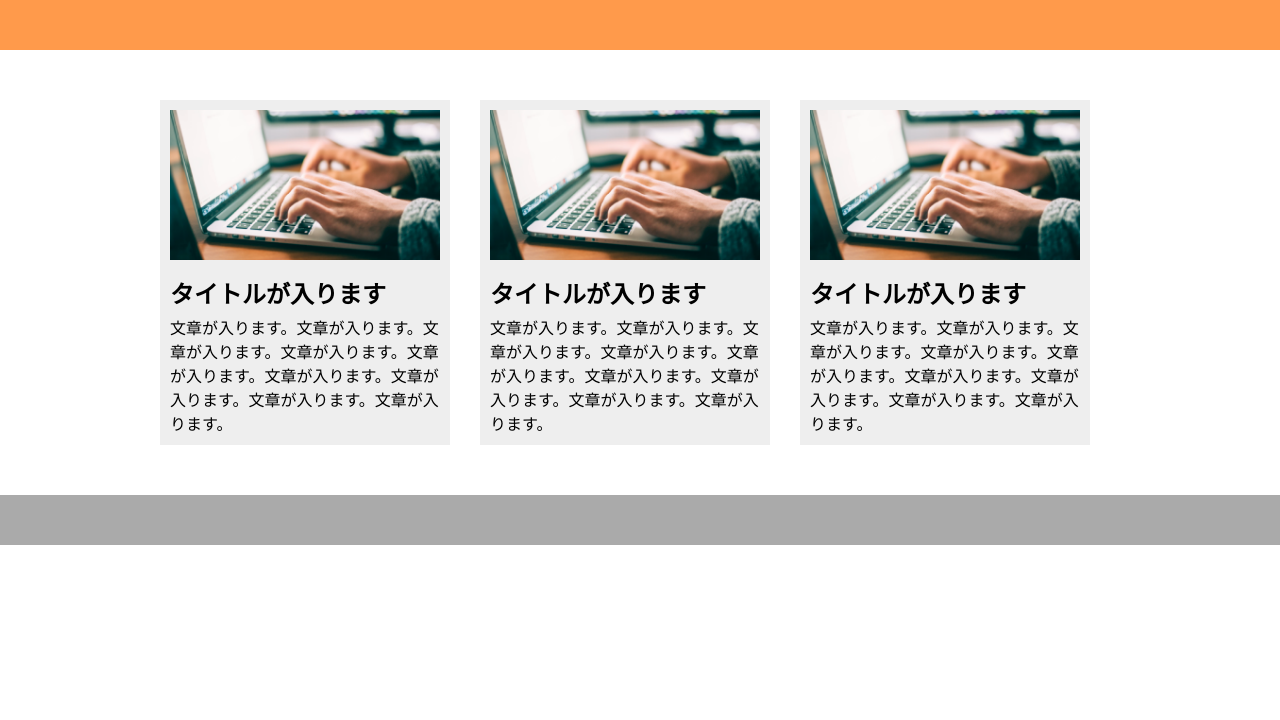
Repository: Takahiro620/dmmwebcamp
Page: enshu9/enshu9.html
The author's editor kept a record of every edit. The page is drawn from the files as they stood at one moment, then again after the next edit.
The browser window is 1280 px wide. The pictures show the whole page.

Above is the page before.

After the next edit:
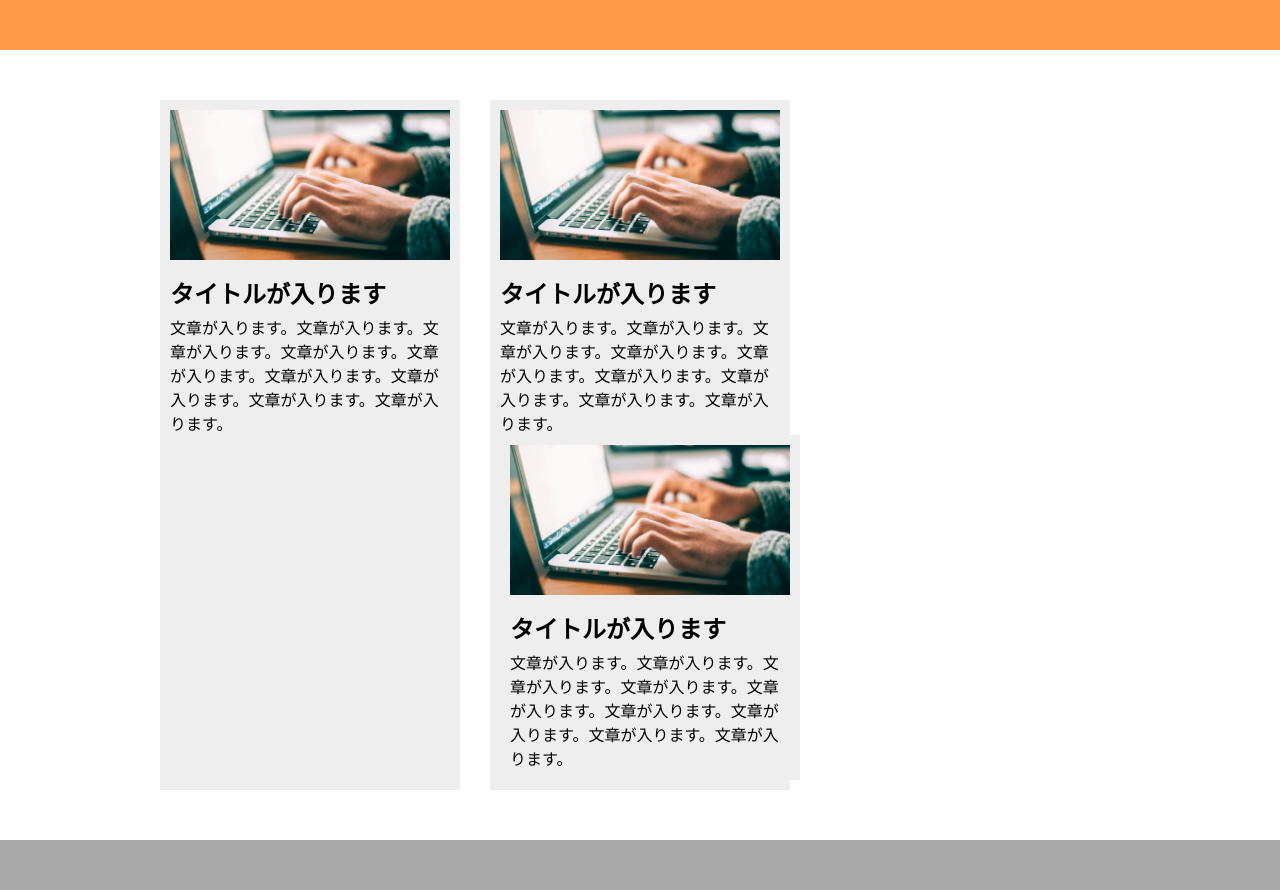
The edit:
--- a/enshu9/enshu9.html
+++ b/enshu9/enshu9.html
@@ -24,7 +24,7 @@
         <p class="text">文章が入ります。文章が入ります。文章が入ります。文章が入ります。文章が入ります。文章が入ります。文章が入ります。文章が入ります。文章が入ります。</p>
       </span>
 
-      <div class="main-2">
+      <span class="main-2">
         <div class="image-2"></div>
         <h2 class="title">タイトルが入ります</h2>
         <p class="text">文章が入ります。文章が入ります。文章が入ります。文章が入ります。文章が入ります。文章が入ります。文章が入ります。文章が入ります。文章が入ります。</p>

After the edit that followed:
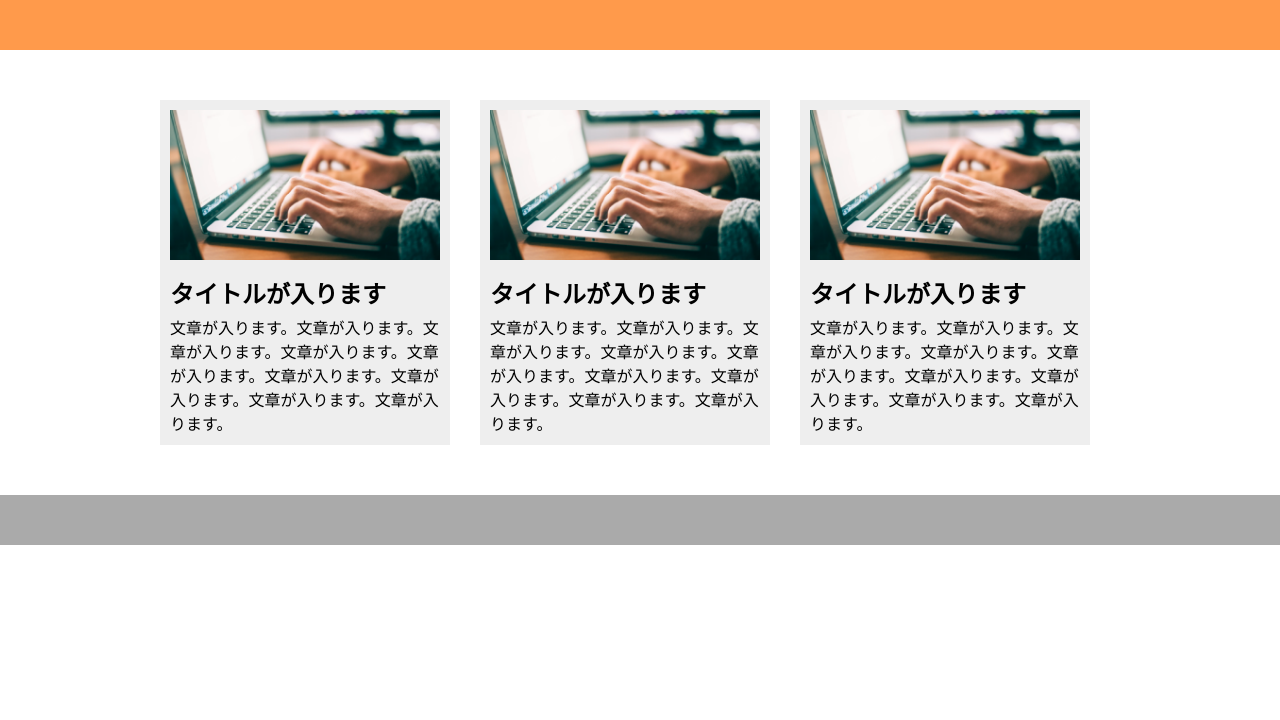
The edit:
--- a/enshu9/enshu9.html
+++ b/enshu9/enshu9.html
@@ -28,7 +28,7 @@
         <div class="image-2"></div>
         <h2 class="title">タイトルが入ります</h2>
         <p class="text">文章が入ります。文章が入ります。文章が入ります。文章が入ります。文章が入ります。文章が入ります。文章が入ります。文章が入ります。文章が入ります。</p>
-      </div>
+      </span>
 
       <div class="main-3">
         <div class="image-2"></div>
